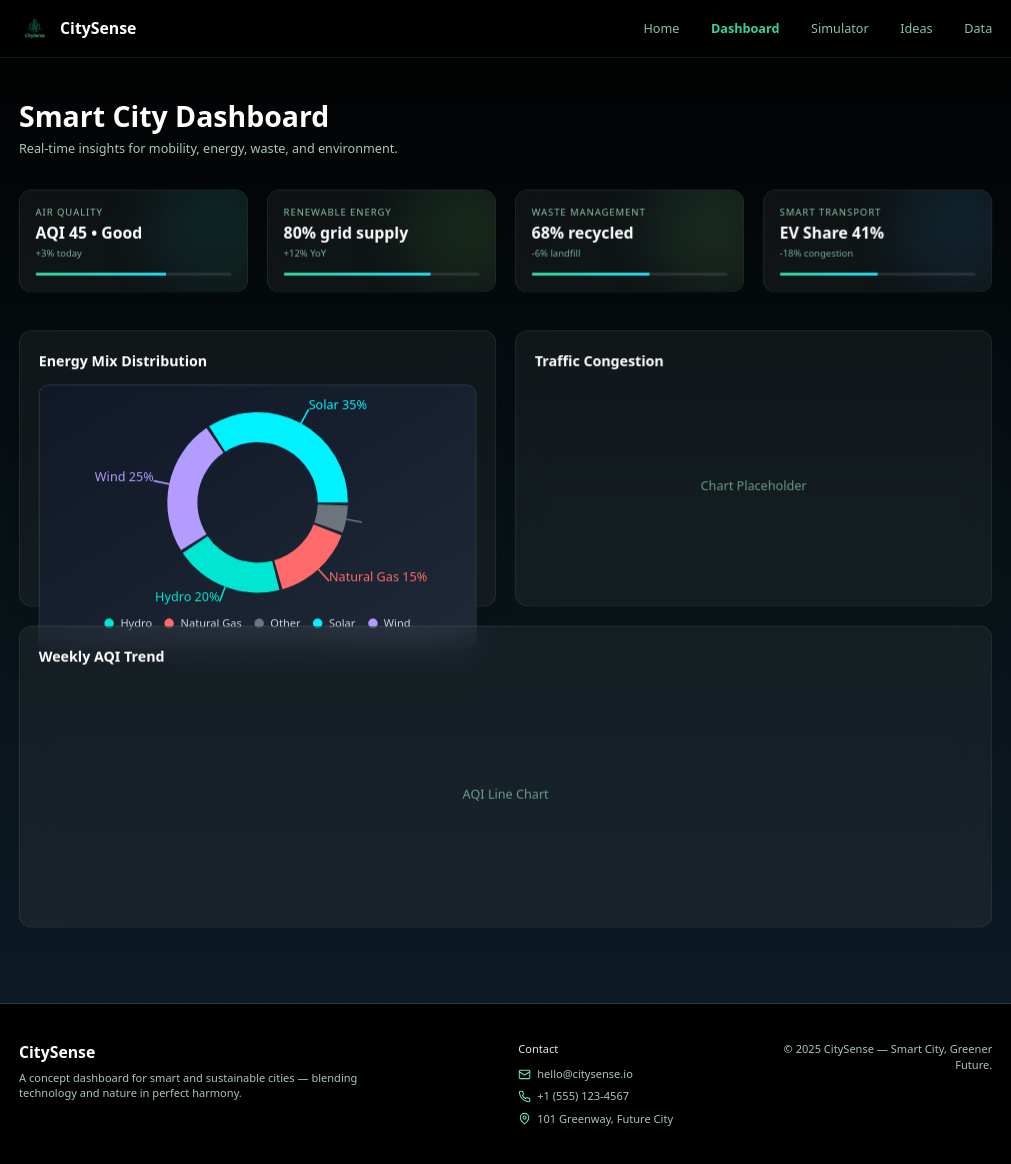
Repository: crashyet/CitySense
Page: /dashboard
These files come from the project's save history. The page is drawn as it stood at one moment and after the next save; the edit follows.
The browser window is 1280 px wide. The pictures show the whole page, at 79% of full size.
The project was rebuilt for these pictures with package versions that can differ from the ones it lists, and the page was loaded fresh each time. Also part of the build but not shown: vite.config.js, src/pages/landing/Hero.jsx, src/pages/landing/DashboardPreview.jsx, src/pages/landing/Infographic.jsx, src/pages/landing/Community.jsx, src/pages/landing/index.jsx, src/pages/Simulator/index.jsx, src/pages/Ideas/index.jsx and 1 more.

Above is the page before, as saved 2025-11-16 23:26:09.

After the next save:
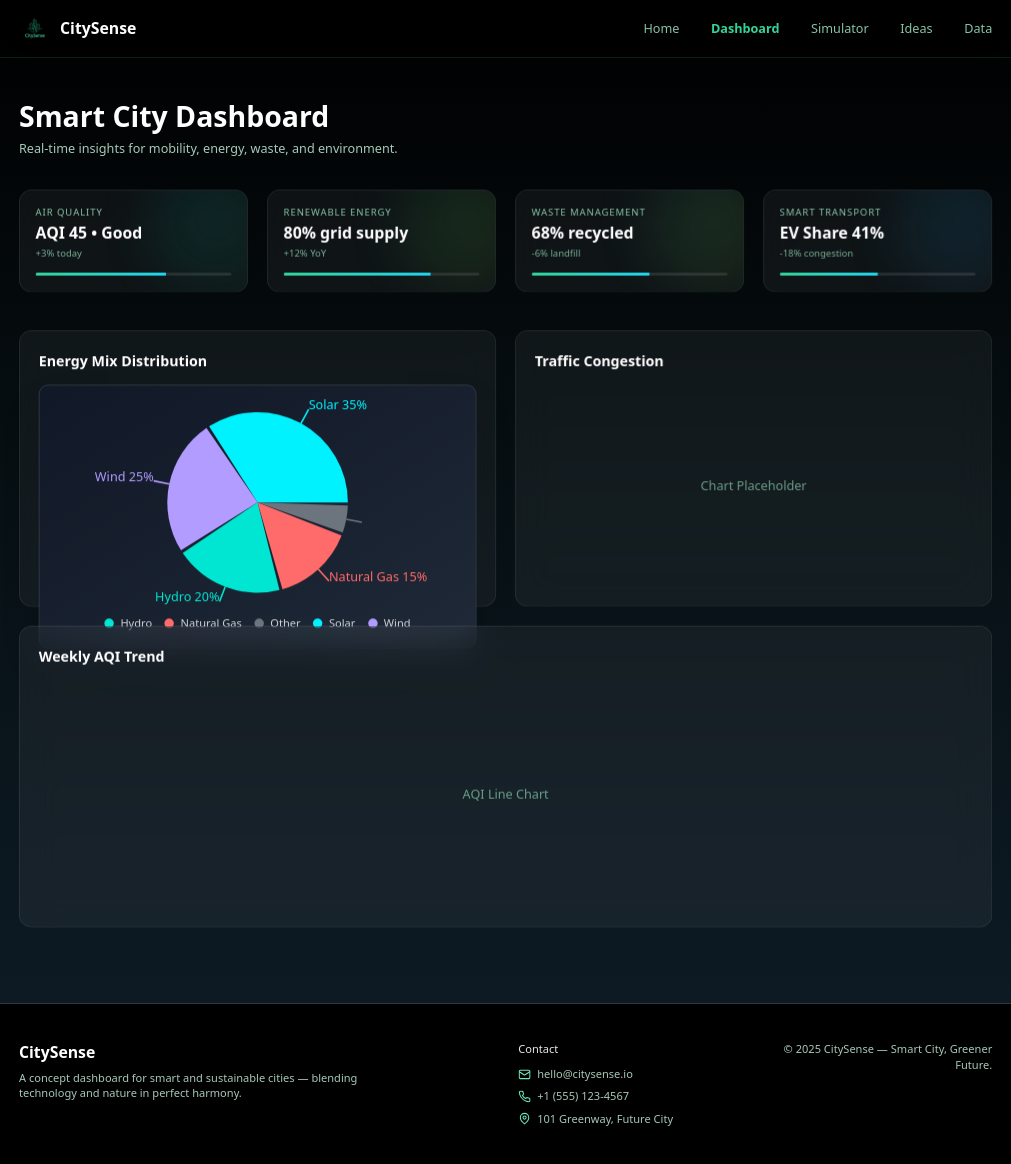
Saved 65 s later.
--- a/src/components/EnergyPieChart.jsx
+++ b/src/components/EnergyPieChart.jsx
@@ -23,7 +23,7 @@
               nameKey="name"
               cx="50%"
               cy="50%"
-              innerRadius="60%"    // Efek donat yang lebih lebar
+              innerRadius="0%"    // Efek donat yang lebih lebar
               outerRadius="90%"
               stroke="rgba(255,255,255,0.1)"
               strokeWidth={2}

After the save that followed:
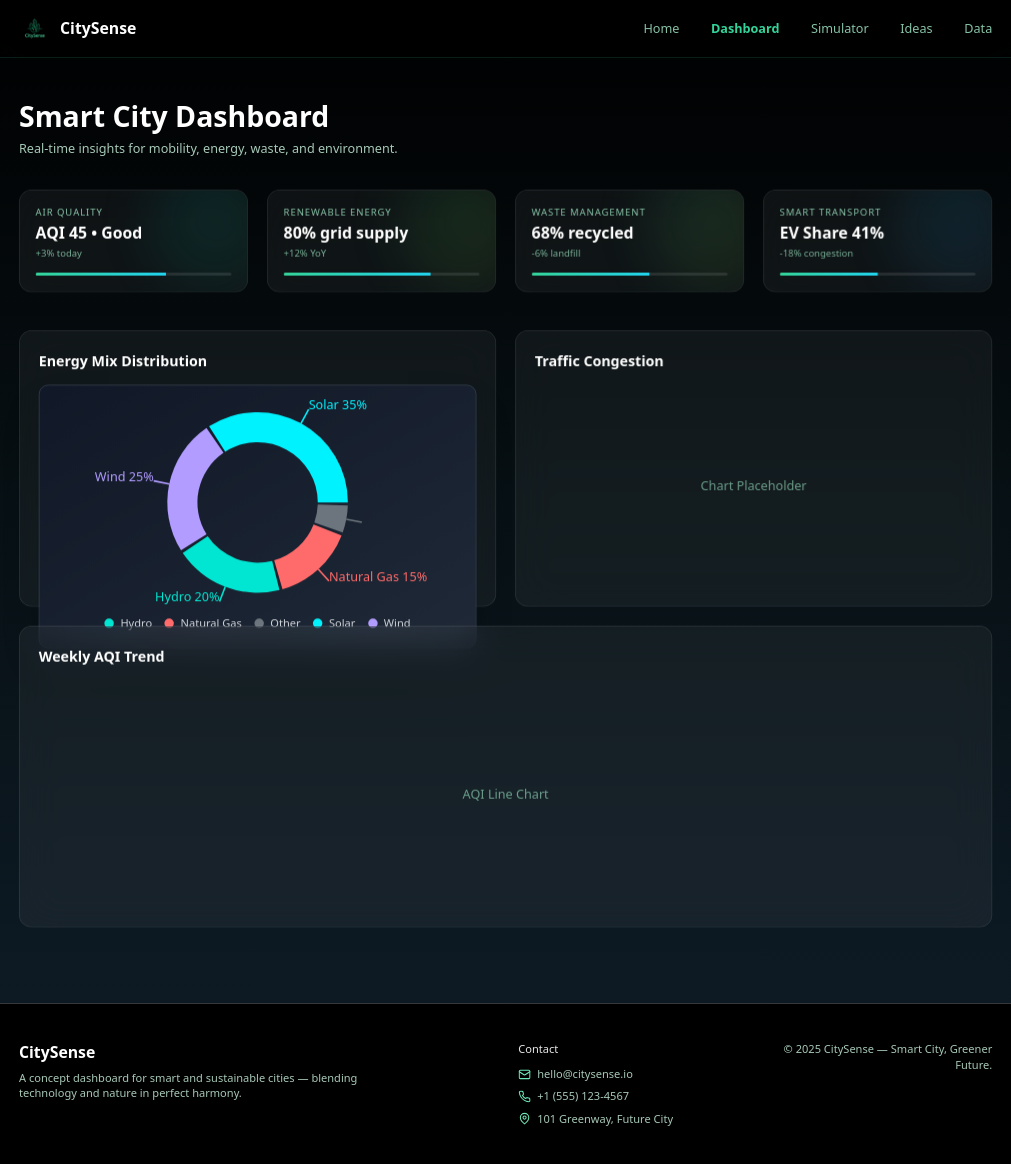
Saved 7 s later.
--- a/src/components/EnergyPieChart.jsx
+++ b/src/components/EnergyPieChart.jsx
@@ -23,7 +23,7 @@
               nameKey="name"
               cx="50%"
               cy="50%"
-              innerRadius="0%"    // Efek donat yang lebih lebar
+              innerRadius="60%"    // Efek donat yang lebih lebar
               outerRadius="90%"
               stroke="rgba(255,255,255,0.1)"
               strokeWidth={2}
